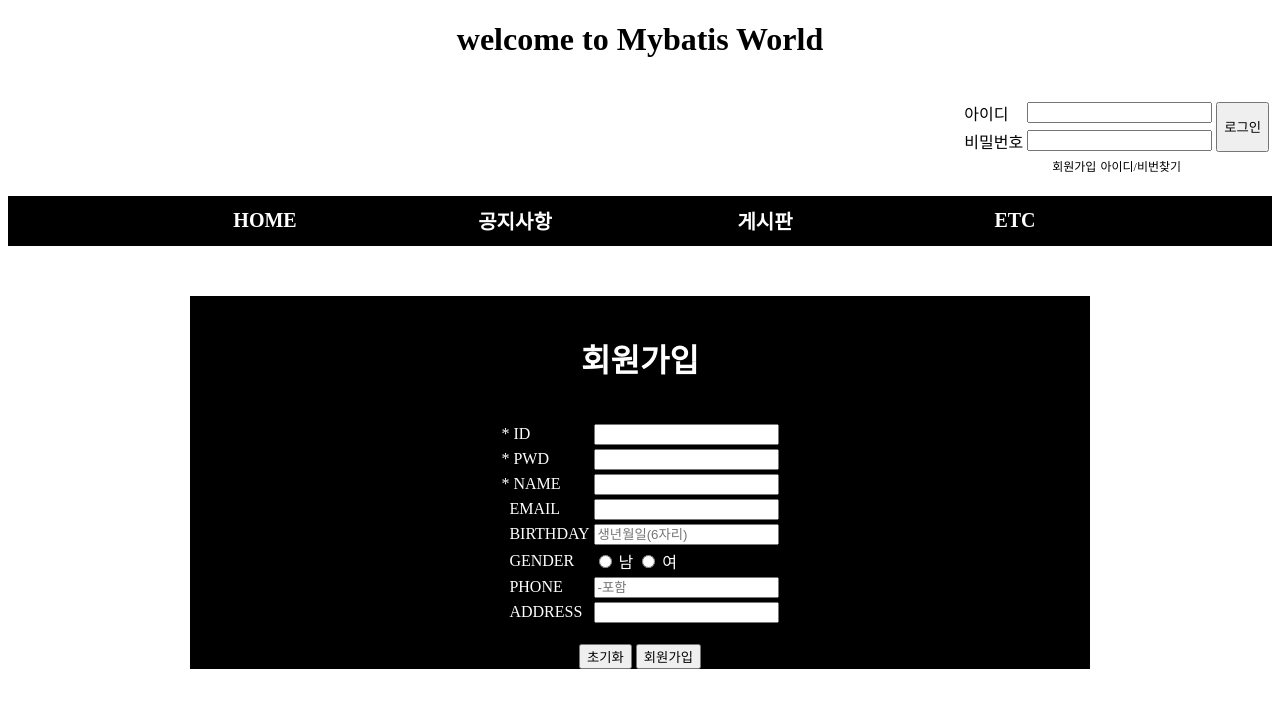
Repository: euicheol99/mystudycode
Page: http://localhost/mybatisProject/views/member/myPage.jsp
These files come from the project's save history. The page is drawn as it stood at one moment and after the next save; the edit follows.
The browser window is 1280 px wide. The pictures show the whole page.
The page is served by Tomcat 10. Other server files are loaded and not shown.

Above is the page before, as saved 2025-03-06 07:15:00.

### 08_Mybatis/mybatisProject/src/main/webapp/views/member/myPage.jsp
<%@ page language="java" contentType="text/html; charset=UTF-8"
    pageEncoding="UTF-8"%>
<!DOCTYPE html>
<html>
<head>
<meta charset="UTF-8">
<title>Insert title here</title>
</head>
<body>
<jsp:include page="../common/menubar.jsp" />

		<div class="outer">
			<br>
			<h1 align="center">회원가입</h1>
			<br>

			<form action="insert.me" method="post">
				<table align="center">
					<tr>
						<td>* ID</td>
						<td><input type="text" name="userId" required value="${loginUser.userId}"></td>
					</tr>
					<tr>
						<td>* PWD</td>
						<td><input type="password" name="userPwd" required value="${loginUser.userPwd}"></td>
					</tr>
					<tr>
						<td>* NAME</td>
						<td><input type="text" name="userName" required value="${loginUser.userName}"></td>
					</tr>
					<tr>
						<td>&nbsp;&nbsp;EMAIL</td>
						<td><input type="email" name="email" value = "${loginUser.email }"></td>
					</tr>
					<tr>
						<td>&nbsp;&nbsp;BIRTHDAY</td>
						<td><input type="text" name="birthday" placeholder="생년월일(6자리)" value="${loginUser.birthday}"></td>
					</tr>
					<tr>
						<td>&nbsp;&nbsp;GENDER</td>
						<td>
							<input type="radio" name="gender" value="M"> 남
							<input type="radio" name="gender" value="F"> 여
						</td>
					</tr>
					<tr>
						<td>&nbsp;&nbsp;PHONE</td>
						<td><input type="text" name="phone" placeholder="-포함" value="${loginUser.phone}"></td>
					</tr>
					<tr>
						<td>&nbsp;&nbsp;ADDRESS</td>
						<td><input type="text" name="address" value = "${loginUser.address }"></td>
					</tr>
				</table>

				<br>
				<div align="center">
					<button type="reset">초기화</button>
					<button type="submit">회원가입</button>
				</div>
			</form>
		</div>
</body>
</html>

### 08_Mybatis/mybatisProject/src/main/webapp/views/common/menubar.jsp
<%@ page language="java" contentType="text/html; charset=UTF-8"
    pageEncoding="UTF-8"%>
<%@ taglib prefix="c" uri="http://java.sun.com/jsp/jstl/core" %>
<!DOCTYPE html>
<html>
<head>
<meta charset="UTF-8">
<title>Insert title here</title>
<style>
    .login-area a{
        text-decoration: none;
        color: black;
        font-size: 12px;
    }

    .nav-area{
        background: black;
        color: white;
        height: 50px;
    }
    .menu{
        display: table-cell;
        width: 250px;
        height: 50px;
        vertical-align: middle;
        font-size: 20px;
        font-weight: bold;
    }
    .outer{
    	width: 900px;
    	background: black;
    	color: white;
    	margin: auto;
    	margin-top: 50px;
    }
</style>
</head>
<body>

    <h1 align="center">welcome to Mybatis World</h1>
    <br>

    <div class="login-area" align="right">
       <c:choose>
       <c:when test="${empty loginUser}">
	        <form action="${pageContext.request.contextPath}/login.me" method="post">
		        <table>
		            <tr>
		                <td>아이디</td>
		                <td><input type="text" name="userId" required></td>
		                <td rowspan="2"><button type="submit" style="height: 50px;">로그인</button></td>
		            </tr>
		            <tr>
		                <td>비밀번호</td>
		                <td><input type="password" name="userPwd" required></td>

		            </tr>
		            <tr>
		                <td colspan="3" align="center">
		                    <a href="enrollForm.me">회원가입</a>
		                    <a href="">아이디/비번찾기</a>
		                </td>
		            </tr>
	            </table>
	        </form>
     	</c:when>
       	<c:otherwise>
        	<!-- 로그인후 -->
	        <div>
	            <table>
	                <tr>
	                    <td colspan="2">
	                        <h3>${loginUser.userName }님 환영합니다. </h3>
	                    </td>
	                    <td></td>
	                </tr>
	                <tr>
	                    <td><a href="myPageForm.me">마이페이지</a></td>
	                    <td><a href="">로그아웃</a></td>
	                </tr>
	            </table>
	        </div>
        </c:otherwise>
        </c:choose>
    </div>
    <br>

    <div class="nav-area" align="center">
        <div class="menu">HOME</div>
        <div class="menu">공지사항</div>
        <div class="menu">게시판</div>
        <div class="menu">ETC</div>
    </div>
</body>
</html>

After the next save:
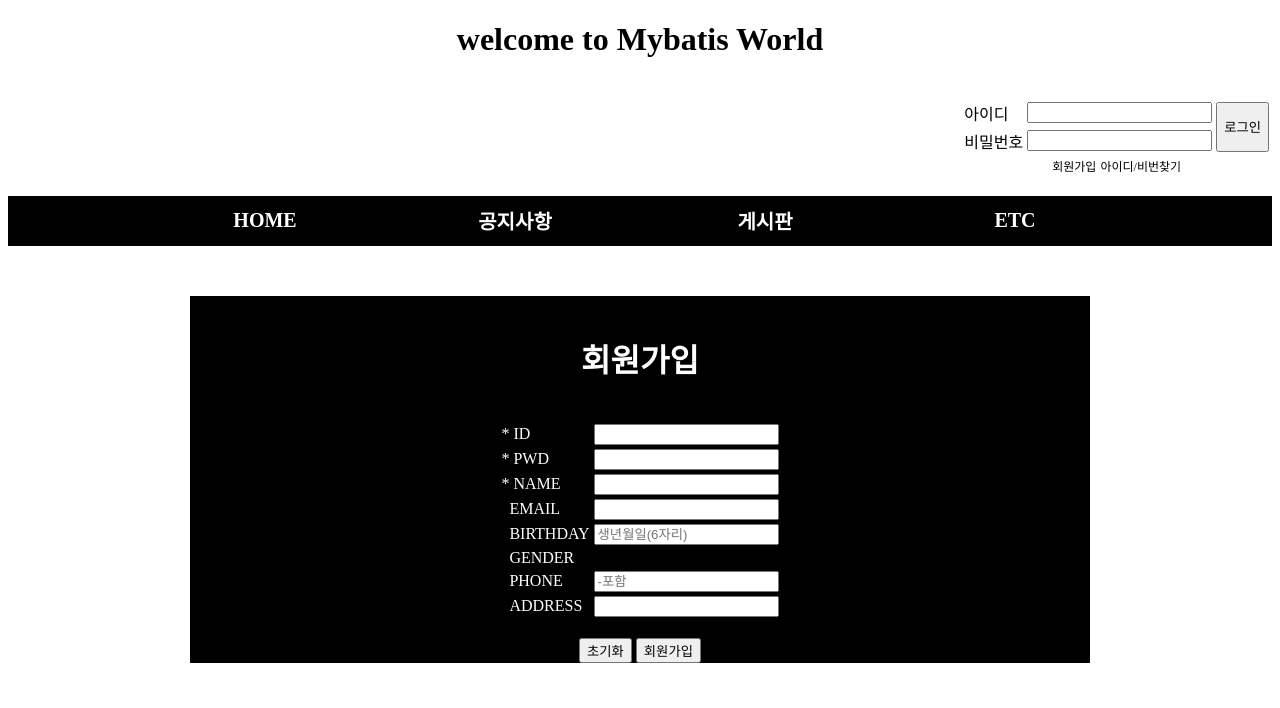
Saved 4 min 31 s later.
--- a/08_Mybatis/mybatisProject/src/main/webapp/views/member/myPage.jsp
+++ b/08_Mybatis/mybatisProject/src/main/webapp/views/member/myPage.jsp
@@ -39,8 +39,7 @@
 					<tr>
 						<td>&nbsp;&nbsp;GENDER</td>
 						<td>
-							<input type="radio" name="gender" value="M"> 남
-							<input type="radio" name="gender" value="F"> 여
+							${loginUser.gender}
 						</td>
 					</tr>
 					<tr>
